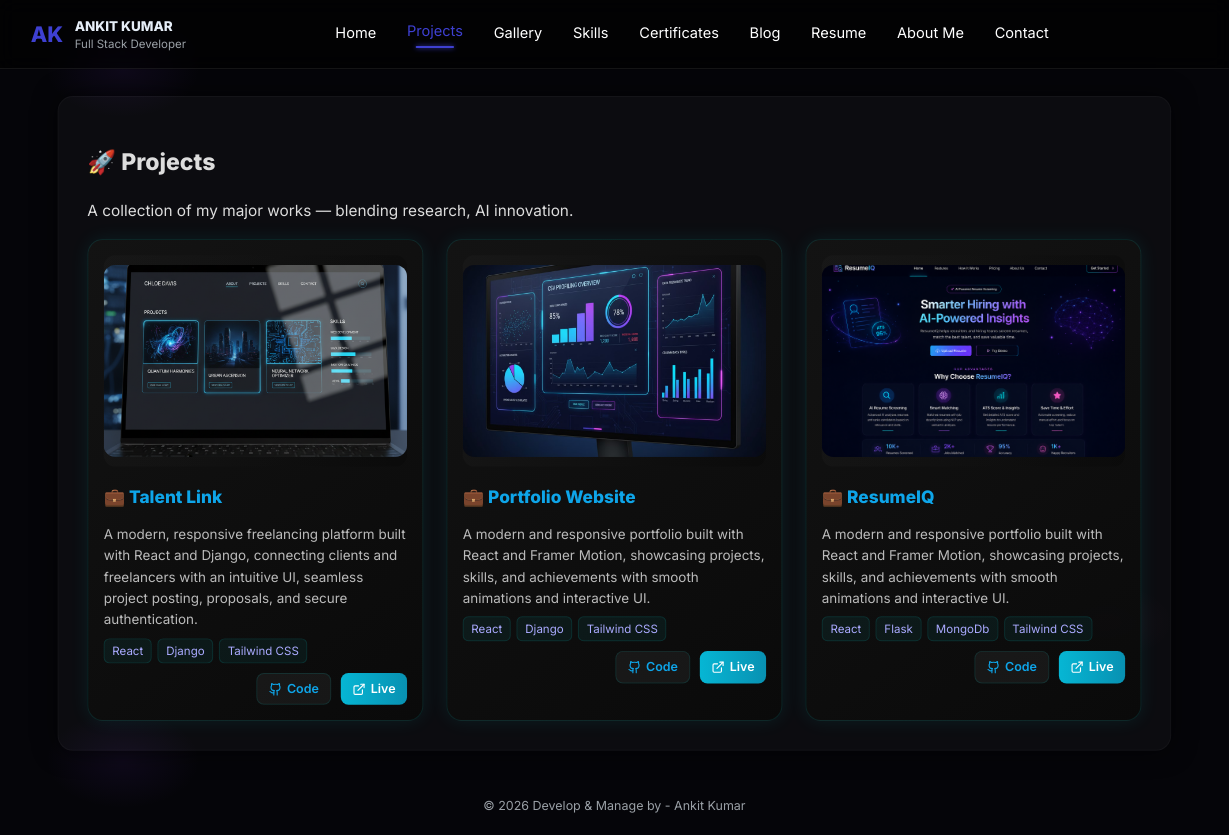
Repository: santoshkrsah/Ankit-Profile
Page: /projects
An editor plug-in stored every save of this project. The page is shown before and after the next save, followed by the edit.
The browser window is 1280 px wide. The pictures show the whole page, at 96% of full size.
The project was rebuilt for these pictures with package versions that can differ from the ones it lists, and the page was loaded fresh each time. Some packages were replaced by stand-ins written for this rebuild. Also part of the build but not shown: vite.config.mjs, src/CSS/Home.css, src/pages/Home.jsx, src/CSS/Gallery.css, src/pages/Gallery.jsx, src/pages/Certificates.jsx, src/pages/blog.css, src/pages/Blog.jsx and 6 more.

Above is the page before, as saved 2026-05-22 03:18:13.

After the next save:
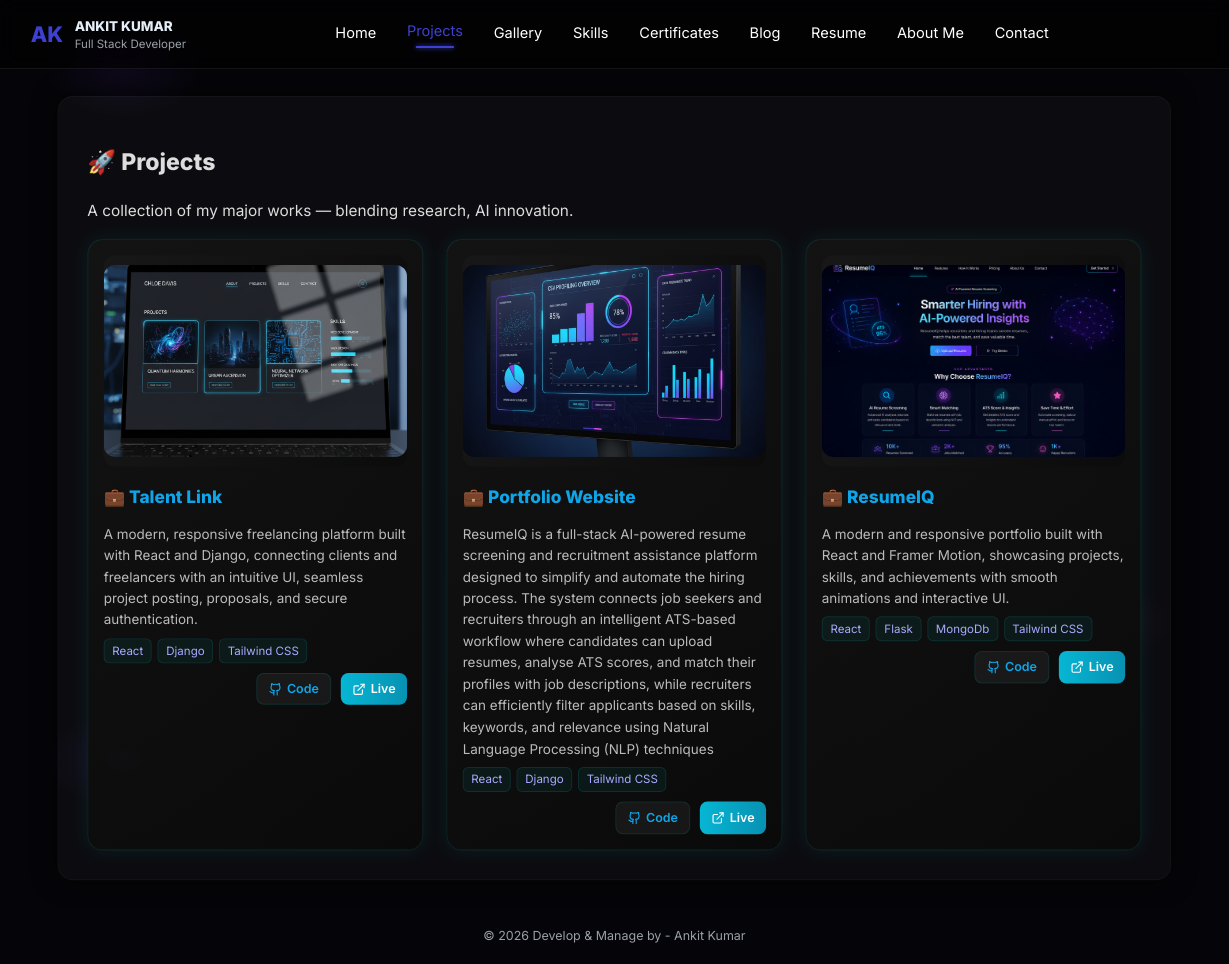
Saved 85 s later.
--- a/src/pages/Projects.jsx
+++ b/src/pages/Projects.jsx
@@ -12,7 +12,7 @@ const PROJECTS = [
   },
   {
   title: '💼 Portfolio Website',
-  desc: 'A modern and responsive portfolio built with React and Framer Motion, showcasing projects, skills, and achievements with smooth animations and interactive UI.',
+  desc: 'ResumeIQ is a full-stack AI-powered resume screening and recruitment assistance platform designed to simplify and automate the hiring process. The system connects job seekers and recruiters through an intelligent ATS-based workflow where candidates can upload resumes, analyse ATS scores, and match their profiles with job descriptions, while recruiters can efficiently filter applicants based on skills, keywords, and relevance using Natural Language Processing (NLP) techniques',
   ss: '/ProfileX.png',
   tech: ['React', 'Django', 'Tailwind CSS'],
   live: '#',
